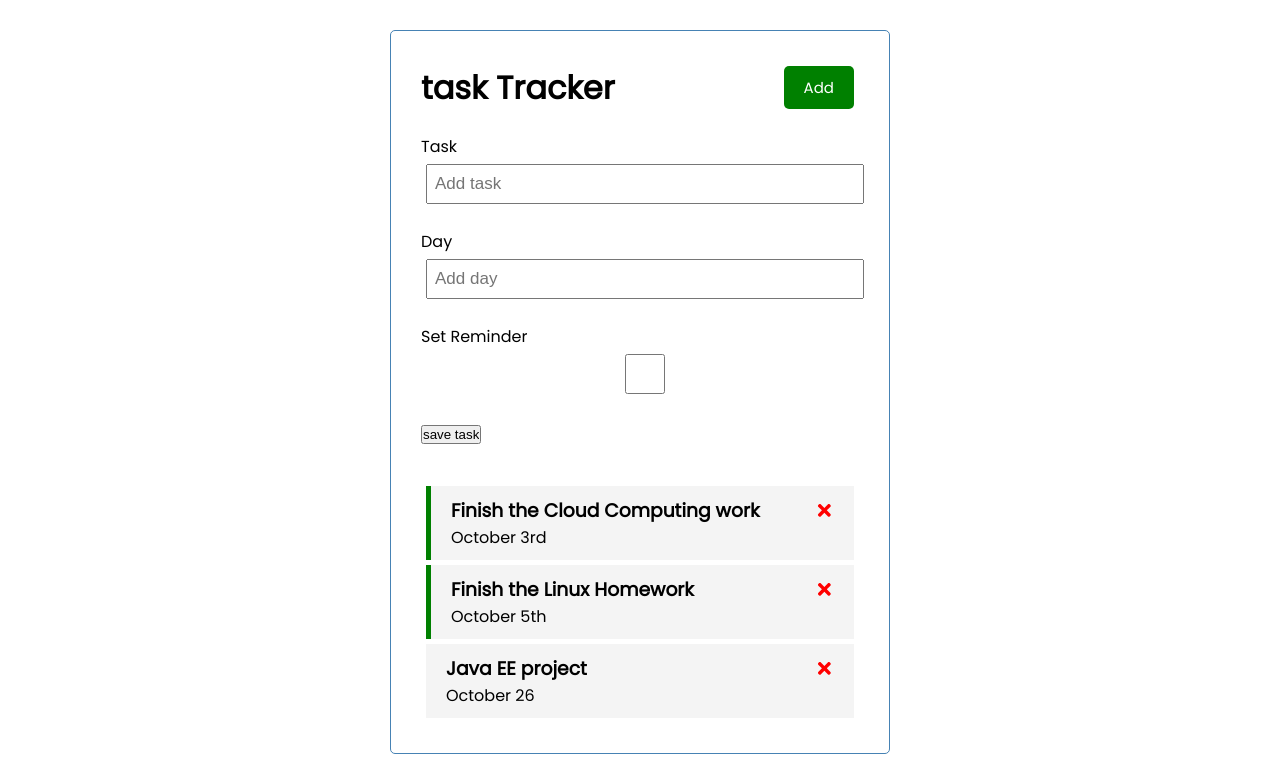
Repository: ds-mbappe/react-task-tracker
Page: /
An editor plug-in stored every save of this project. The page is shown before and after the next save, followed by the edit.
The browser window is 1280 px wide. The pictures show the whole page.
The project was rebuilt for these pictures with package versions that can differ from the ones it lists, and the page was loaded fresh each time.

Above is the page before, as saved 2021-10-01 05:28:50.

After the next save:
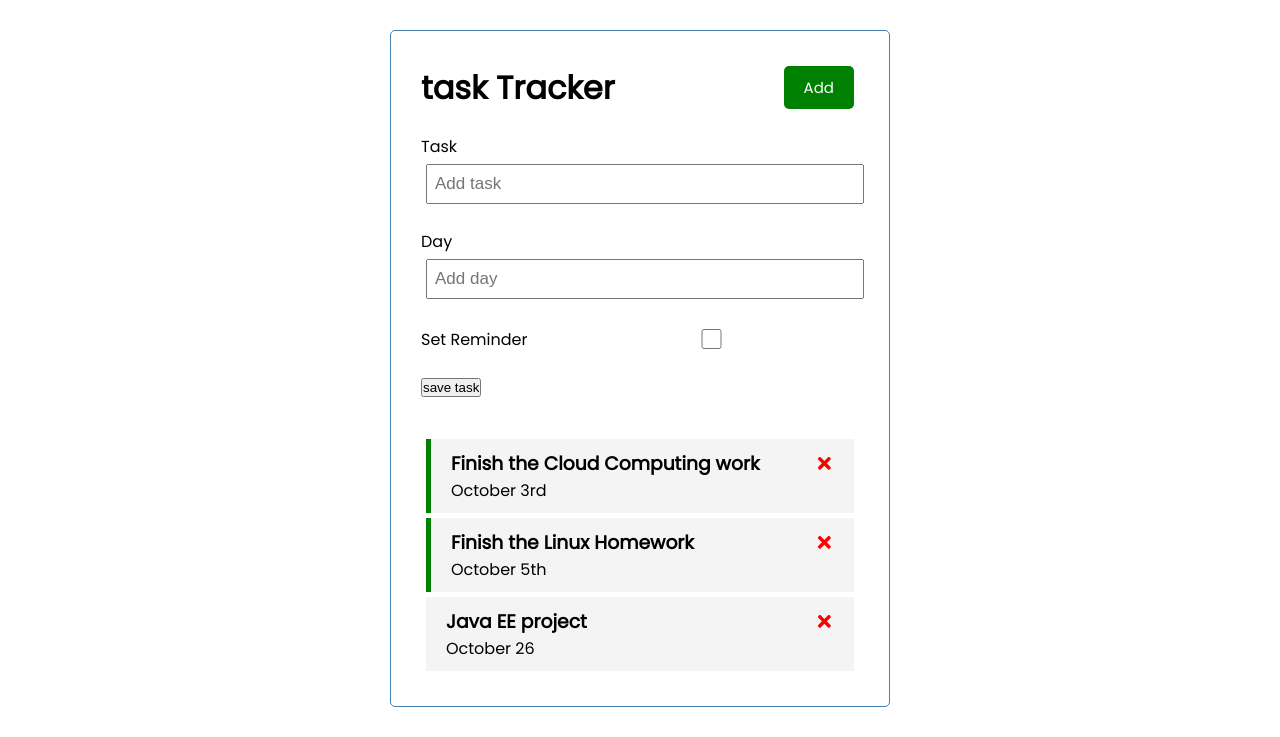
Saved 51 s later.
--- a/src/components/AddTask.js
+++ b/src/components/AddTask.js
@@ -9,7 +9,7 @@ const AddTask = () => {
                 <label>Day</label>
                 <input type="text" placeholder="Add day"/>
             </div>
-            <div className="form-control">
+            <div className="form-control form-control-check">
                 <label>Set Reminder</label>
                 <input type="checkbox"/>
             </div>
